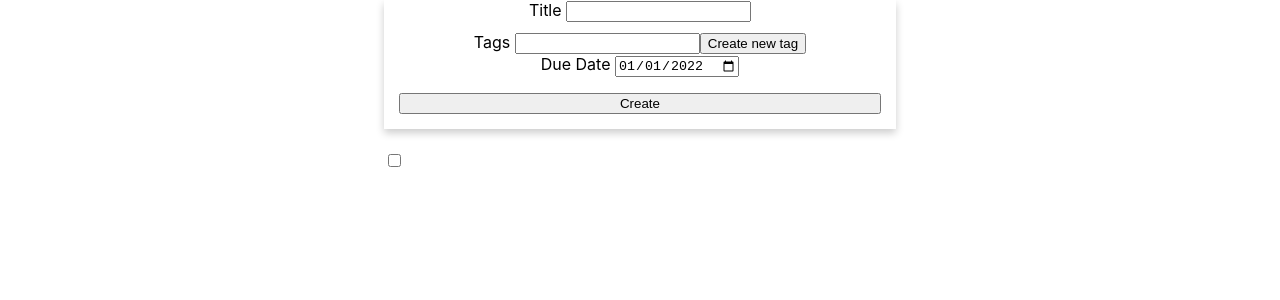
Repository: sanjayMamidipaka/reactappbits
Page: /, after clicking the first element matching `div.submitButton > button`
An editor plug-in stored every save of this project. The page is shown before and after the next save, followed by the edit.
The browser window is 1280 px wide. The pictures show the whole page.
The project was rebuilt for these pictures with package versions that can differ from the ones it lists, and the page was loaded fresh each time. Also part of the build but not shown: src/components/Tag.css, src/components/Tag.tsx.

Above is the page before, as saved 2022-01-18 18:02:27.

### src/App.tsx
import logo from './logo.svg';
import './App.css';
import TodoList from './components/TodoList';

function App() {
  return (
    <div className="App">
      <TodoList/>
    </div>
  );
}

export default App;

### src/components/TodoList.tsx
import React, { EventHandler } from 'react'
import './TodoList.css'
import { useState } from 'react'
import Tag from './Tag'
import TodoItem from './TodoItem'
/**
 * Thank you for applying to Bits of Good. You are free to add/delete/modify any
 * parts of this project. That includes changing the types.ts, creating css files,
 * modifying import statements, using contexts, etc. We do recommend to keep it simple.
 * You will not be judged based on complexity. We also recommend using
 * multiple components instead of coding everything on this file :)
 *
 * Have fun! Please reach out to hello@bitsofgood.org or wkim330@gatech.edu if you
 * have any questions!
 *
 * Bits of Good Engineering Team
 *
 */
// TODO: Start coding from here

// Here's a baseline todo item type.
// Feel free to extend or create your own interface!

export default function TodoList() {
  const [title, setTitle] = useState('');
  const [tagValue, setTagValue] = useState('');
  const [index, setIndex] = useState(0);
  const [date, setDate] = useState('2022-01-01');
  const completedItems: any[] = [];
  const [todoListCompletedItems, setTodoListCompletedItems] = useState(completedItems);

  const [tagArray, setTagArray] = useState<{name1: string, index1: number}[]>([]);

    const addNewTag = (e: React.MouseEvent<HTMLButtonElement>) => {
      e.preventDefault();
      if (tagValue !== "") {
        setTagArray((tagArray: {name1: string, index1: number}[]) => {
          return [...tagArray, {name1: tagValue, index1: index}];
        });
      }
      setIndex(index + 1);
      setTagValue('');

    }

    const removeElement = (index: number) => {
      setTagArray((tagArray)=>{
        let newTagArray = tagArray.filter((tagObject) => tagObject.index1 !== index);

        return newTagArray;
      })
      console.log(tagArray);

    }

    const handleSubmit = (e: React.MouseEvent<HTMLButtonElement>) => {
      const itemToAdd: any = {
      title: title,
      dueDate: date,
      tagList: tagArray,
      completed: false,
      idx: new Date().getTime().toString()
    }
    setTitle('');
    setTodoListCompletedItems([...todoListCompletedItems, itemToAdd]);
    setTagArray([]);
    }
  return (
    <div>
  <div className="card">
    <label htmlFor="nameLabel">Title </label>
        <input
          type="text"
          value={title}
          onChange={(e) => setTitle(e.target.value)}
        />
        <div style={{padding: '5px'}}></div>

        <label htmlFor="tagLabel">Tags </label>
        <input
          type="text"
          value={tagValue}
          onChange={(e) => setTagValue(e.target.value)}
        />
        <button type="submit" onClick={addNewTag}>
          Create new tag
        </button>

        <div>
          {tagArray.map((tagObject: {name1: string, index1: number}) => {
            return <Tag name={tagObject.name1} key={tagObject.index1} theIndex={tagObject.index1} remove={removeElement} include={"x"}></Tag>
          })}
        </div>

        <label htmlFor="dueDateLabel">Due Date </label>
        <input
          type="date"
          value={date}
          onChange={(e) => setDate(e.target.value)}
        />

        <div style={{padding: '15px'}} className = 'submitButton'>
          <button style ={{width: '100%'}} type='submit' onClick={handleSubmit}>Create</button>
        </div>

</div>

      <div>
          {todoListCompletedItems.map((todoListItem) => {
            return <TodoItem todoListItem={todoListItem} key={todoListItem.idx} index={todoListItem.idx}></TodoItem>
          })}
        </div>

        </div>
  )
}

### src/components/TodoList.css
.card {
  /* Add shadows to create the "card" effect */
  box-shadow: 0 4px 8px 0 rgba(0,0,0,0.2);
  transition: 0.3s;
  width: 40%;
  margin: 0 auto;
}

/* On mouse-over, add a deeper shadow */
.card:hover {
  box-shadow: 0 8px 16px 0 rgba(0,0,0,0.2);
}

/* Add some padding inside the card container */
.container {
  padding: 2px 16px;
}

### src/components/TodoItem.tsx
import React, { EventHandler } from 'react'
import Tag from './Tag';

export default function TodoItem({todoListItem, index}: {todoListItem: any, index: string}) {
    const {title, dueDate, tagList, completed} = todoListItem;

    return (
        <div className="card">
            <input type="checkbox" style={{float: "left"}} />
            <h1 className="parent">{title}</h1>
            <h4 className="child">{}</h4>
            {tagList.map((tagObject: {name1: string, index1: number}, index: number) => {
                return <Tag name={tagObject.name1} key={tagObject.index1} theIndex={tagObject.index1} remove={()=>{}} include={""}></Tag>
            })}
        </div>
    )
}

Loaded but not shown: public/index.html (common file); src/index.tsx (common file); src/index.css (common file); src/reportWebVitals.js (common file); src/App.css (common file)

After the next save:
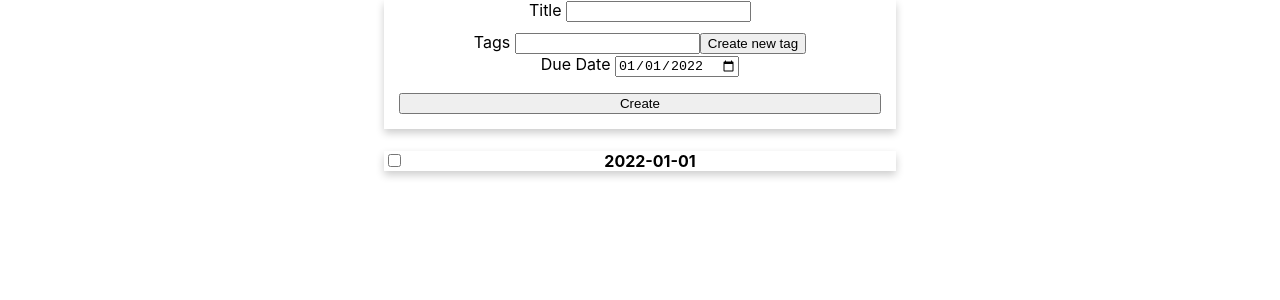
Saved 8 s later.
--- a/src/components/TodoItem.tsx
+++ b/src/components/TodoItem.tsx
@@ -8,7 +8,7 @@ export default function TodoItem({todoListItem, index}: {todoListItem: any, inde
         <div className="card">
             <input type="checkbox" style={{float: "left"}} />
             <h1 className="parent">{title}</h1>
-            <h4 className="child">{}</h4>
+            <h4 className="child">{dueDate}</h4>
             {tagList.map((tagObject: {name1: string, index1: number}, index: number) => {
                 return <Tag name={tagObject.name1} key={tagObject.index1} theIndex={tagObject.index1} remove={()=>{}} include={""}></Tag>
             })}
